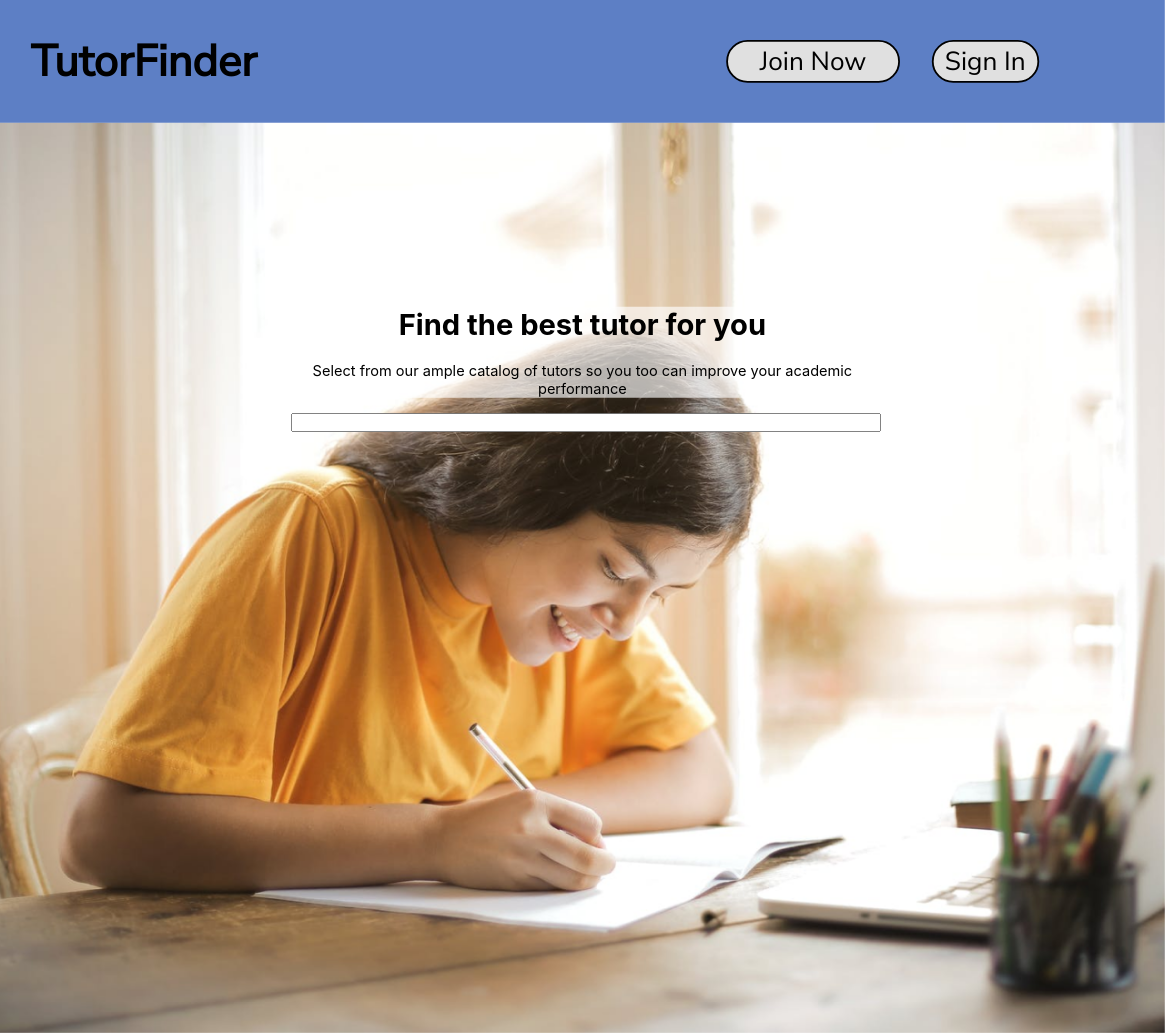
Repository: uprm-inso-4117-2020-2021-s2/semester-project-uprm-inso-4117-2020-2021-s2-team-7
Page: / (app in tutorfinder/)
The author's editor kept a copy of each file at every save. The page is drawn from the files as they stood at one save, then again after the next save.
The browser window is 1280 px wide. The pictures show the whole page, at 91% of full size.
The project was rebuilt for these pictures with package versions that can differ from the ones it lists, and the page was loaded fresh each time. Also part of the build but not shown: tutorfinder/src/App.css.

Above is the page before, as saved 2021-03-29 23:33:59.

After the next save:
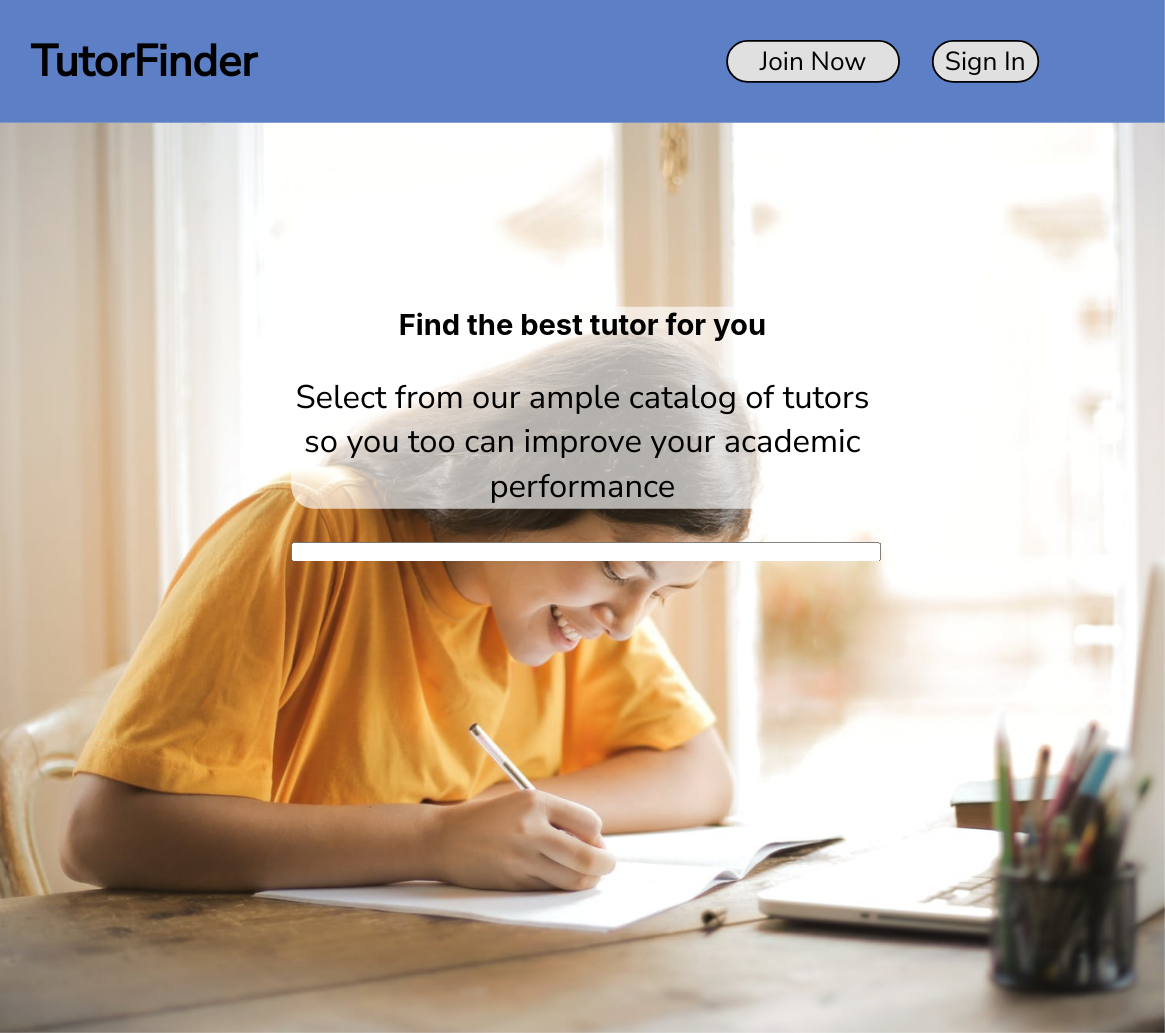
Saved 12 s later.
--- a/tutorfinder/src/Welcome.js
+++ b/tutorfinder/src/Welcome.js
@@ -13,7 +13,7 @@ class Welcome extends React.Component {
  <div className="everything">
  <div className="square">
 <h1>Find the best tutor for you</h1>
-<p>Select from our ample catalog of tutors so you too
+<p className="paragraph">Select from our ample catalog of tutors so you too
 can improve your academic performance</p>
  </div>
 
